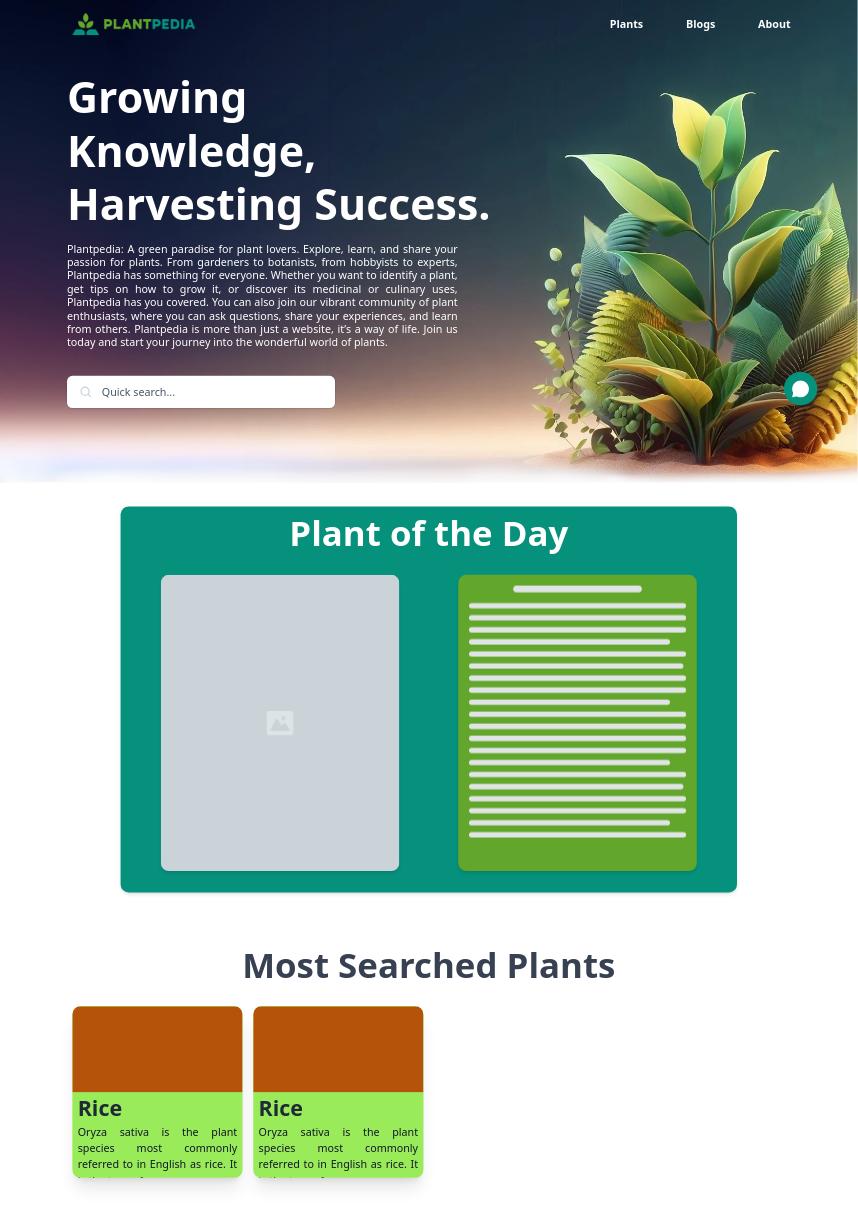
Repository: silham/PlantPedia
Page: /test/home
An editor plug-in stored every save of this project. The page is shown before and after the next save, followed by the edit.
The browser window is 1280 px wide. The pictures show the whole page, at 67% of full size.
The page's requests for data from a server got no answer. The project was rebuilt for these pictures with package versions that can differ from the ones it lists, and the page was loaded fresh each time. The framework's server and built-in components were replaced by stand-ins that run in the browser. No one was signed in, and anything a server would have sent is missing. Also part of the build but not shown: next.config.js, app/components/SearchBox.css, app/test/Chat/style.css, app/utils/Formatter.ts.

Above is the page before, as saved 2023-10-16 16:23:31.

After the next save:
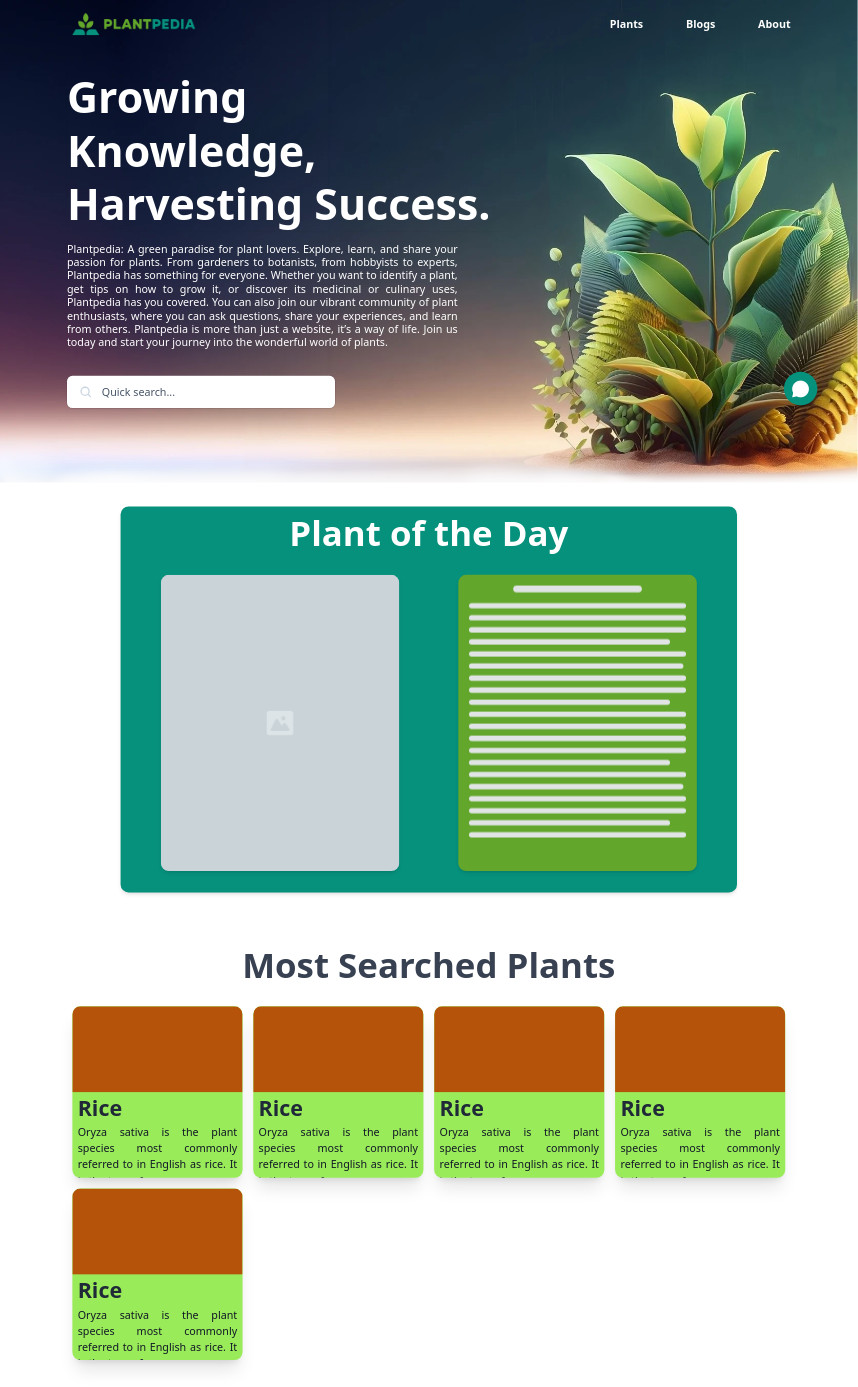
Saved 8 s later.
--- a/app/test/home/TrendingTopics.tsx
+++ b/app/test/home/TrendingTopics.tsx
@@ -12,6 +12,9 @@ const TrendingTopics = () => {
       <div className="w-full flex flex-wrap mt-4">
         <PlantCard />
         <PlantCard />
+        <PlantCard />
+        <PlantCard />
+        <PlantCard />
       </div>
     </div>
   );
